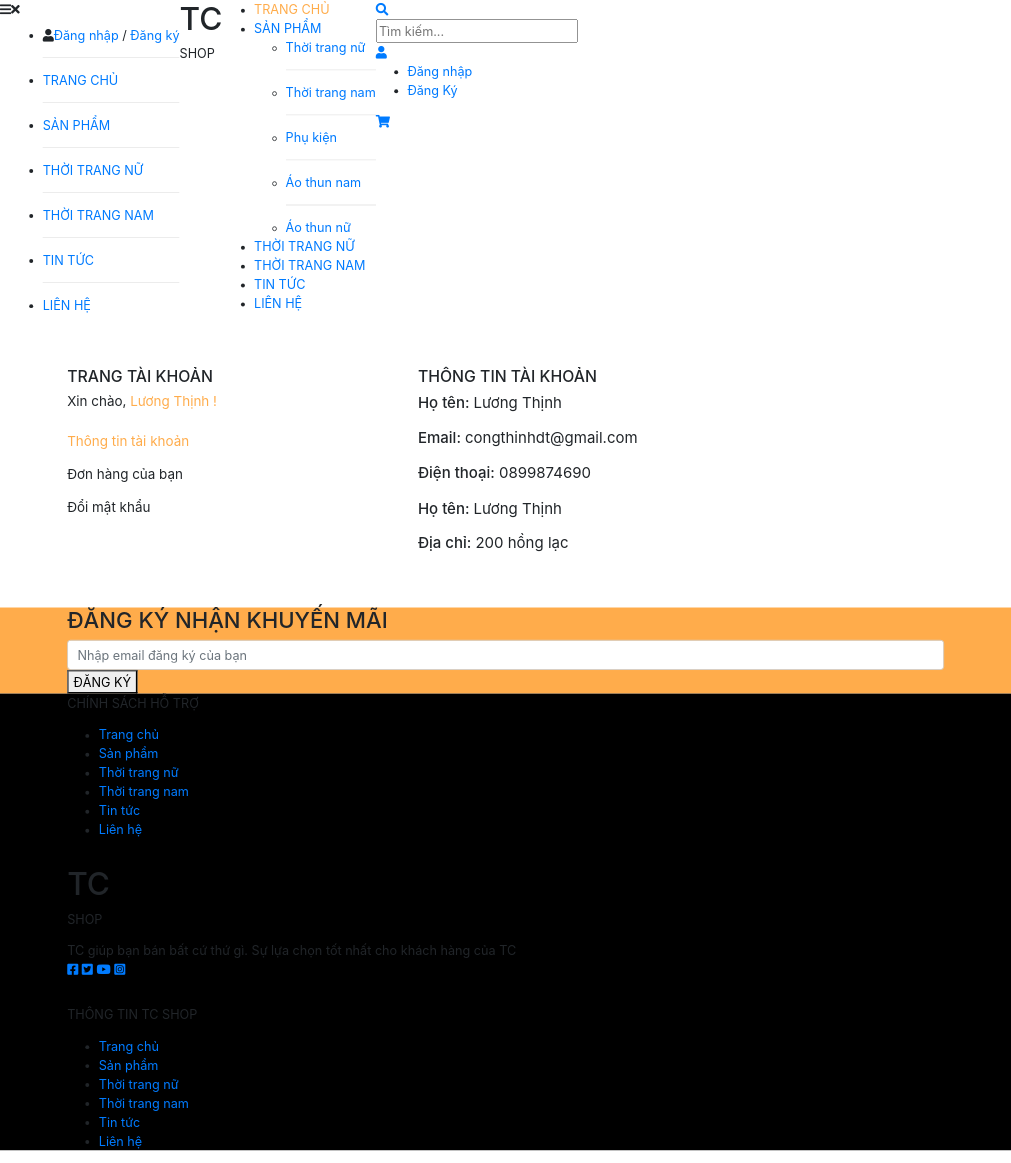
Repository: congthinh1701/TCshop
Page: ThongTinTaiKhoan.html
These files come from the project's save history. The page is drawn as it stood at one moment and after the next save; the edit follows.
The browser window is 1280 px wide. The pictures show the whole page, at 79% of full size.
The style sheet was rebuilt from its Sass, Less or Tailwind sources for each picture, by a compiler version that may differ from the author's.

Above is the page before, as saved 2021-09-08 17:21:29.

### ThongTinTaiKhoan.html
<!DOCTYPE html>
<html lang="en">
<head>
    <meta charset="UTF-8">
    <meta http-equiv="X-UA-Compatible" content="IE=edge">
    <meta name="viewport" content="width=device-width, initial-scale=1.0">
    <title>Document</title>
    <link rel="stylesheet" href="fontawesome-free-5.15.4-web/css/all.css">
    <link rel="stylesheet" href="sass/style.css">
</head>
<body>
    <div id="headerID"> <!-- your header --> </div>
    <div class="container admin">
        <div class="trang-tai-khoan">
            <h5>TRANG TÀI KHOẢN</h5>
            <div class="trang-tai-khoan-hello left ">
                <p>Xin chào, <span>Lương Thịnh !</span></p>
            </div>
            <div class="trang-tai-khoan-thong-tin left active">
                <p>Thông tin tài khoản</p>
            </div>
            <div class="trang-tai-khoan-hello left">
                <p>Đơn hàng của bạn</p>
            </div>
            <div class="trang-tai-khoan-hello left">
                <p>Đổi mật khẩu</p>
            </div>
        </div>
        <div class="thong-tin-tai-khoan">
            <h5>THÔNG TIN TÀI KHOẢN</h5>
            <div class="thong-tin-tai-khoan-name">
                <p><span>Họ tên: </span>Lương Thịnh</p>
                <p><span>Email: </span>congthinhdt@gmail.com</p>
                <p><span>Điện thoại: </span>0899874690</p>
                <p><span>Họ tên: </span>Lương Thịnh</p>
                <p><span>Địa chỉ: </span>200 hồng lạc</p>
            </div>
        </div>
    </div>
    <div id="footerID"> <!-- your header --> </div>
    <script src="https://cdnjs.cloudflare.com/ajax/libs/jquery/3.6.0/jquery.min.js" integrity="sha512-894YE6QWD5I59HgZOGReFYm4dnWc1Qt5NtvYSaNcOP+u1T9qYdvdihz0PPSiiqn/+/3e7Jo4EaG7TubfWGUrMQ==" crossorigin="anonymous" referrerpolicy="no-referrer"></script>
    <script>
        $("#headerID").load("header.html");
        $("#footerID").load("footer.html");
      </script>
</body>
</html>

### header.html
<!DOCTYPE html>
<html lang="en">
<head>
    <meta charset="UTF-8">
    <meta http-equiv="X-UA-Compatible" content="IE=edge">
    <meta name="viewport" content="width=device-width, initial-scale=1.0">
    <title>Document</title>
    <link rel="stylesheet" href="assets/css/style.css">
    <link rel="stylesheet" href="assets/css/base.css">
    <link rel="stylesheet" href="fontawesome-free-5.15.4-web/css/all.css">
    <link rel="stylesheet" href="https://maxcdn.bootstrapcdn.com/bootstrap/4.1.3/css/bootstrap.min.css">
    <script src="https://maxcdn.bootstrapcdn.com/bootstrap/4.1.3/js/bootstrap.min.js"></script>
</head>
<body>
    <div class="container-lg">
        <div class="nav">
            <label for="nav-mobile-input" class="nav_bars-btn">
                <i class="fas fa-bars"></i>
            </label>

            <input hidden type="checkbox" name="" class="nav_input" id="nav-mobile-input">
            <label for="nav-mobile-input" class="nav_overlay"></label>
            <nav class="nav-mobile">
                <label for="nav-mobile-input" class="nav__mobile-close">
                    <i class="fas fa-times"></i>
                </label>
                <ul class="nav__mobile-list">

                    <li class="nav__mobile-list-user">

                        <p><i class="fas fa-user"></i><a href="#">Đăng nhập</a> <span>/</span> <a href="#">Đăng ký</a>
                        </p>
                    </li>
                    <hr>
                    <li>
                        <a href="" class="nav__mobile-link">TRANG CHỦ</a>
                    </li>
                    <hr>
                    <li>
                        <a href="" class="nav__mobile-link">SẢN PHẨM</a>
                    </li>
                    <hr>
                    <li>
                        <a href="" class="nav__mobile-link">THỜI TRANG NỮ</a>
                    </li>
                    <hr>
                    <li>
                        <a href="" class="nav__mobile-link">THỜI TRANG NAM</a>
                    </li>
                    <hr>
                    <li>
                        <a href="" class="nav__mobile-link">TIN TỨC</a>
                    </li>
                    <hr>
                    <li>
                        <a href="" class="nav__mobile-link">LIÊN HỆ</a>
                    </li>
                </ul>
            </nav>
            <div class="nav-logo">
                <h1>TC</h1>
                <p>SHOP</p>
            </div>
            <nav class="nav-pc">
                <ul class="nav__list">
                    <li>
                        <a style="color:#ffac4b" href="home.html" class="nav__link">TRANG CHỦ</a>
                    </li>
                    <li class="options">
                        <a href="" class="nav__link">SẢN PHẨM</a>
                        <div class="nav__link-options">
                            <ul class="nav__link-options-list">
                                <li><a href="#">Thời trang nữ</a></li>
                                <hr>
                                <li><a href="#">Thời trang nam</a></li>
                                <hr>
                                <li><a href="#">Phụ kiện</a></li>
                                <hr>
                                <li><a href="#">Áo thun nam</a></li>
                                <hr>
                                <li><a href="#">Áo thun nữ</a></li>
                            </ul>
                        </div>
                    </li>
                    <li>
                        <a href="" class="nav__link">THỜI TRANG NỮ</a>
                    </li>
                    <li>
                        <a href="" class="nav__link">THỜI TRANG NAM</a>
                    </li>
                    <li>
                        <a href="" class="nav__link">TIN TỨC</a>
                    </li>
                    <li>
                        <a href="" class="nav__link">LIÊN HỆ</a>
                    </li>
                </ul>
            </nav>
            <div class="nav-right">
                <div class="search">
                    <a href="#"><i class="fas fa-search"></i></a>
                    <div class="search-hover">
                        <form>
                            <input class="search" type="text" name="search" placeholder="Tìm kiếm..." />
                        </form>
                    </div>
                </div>
                <div class="user">
                    <a href="#"> <i class="fas fa-user"></i></a>
                    <div class="user-hover">
                        <ul class="user-hover-list">
                            <li class="nav_link"><a href="#">Đăng nhập</a></li>
                            <li><a href="#">Đăng Ký</a></li>
                        </ul>
                    </div>
                </div>
                <div class="shopping">
                    <a href="card.html"><i class="fas fa-shopping-cart"></i></a>

                </div>
            </div>


        </div>
    </div>
</body>
</html>

### footer.html
<!DOCTYPE html>
<html lang="en">
<head>
    <meta charset="UTF-8">
    <meta http-equiv="X-UA-Compatible" content="IE=edge">
    <meta name="viewport" content="width=device-width, initial-scale=1.0">
    <title>Document</title>
    <link rel="stylesheet" href="assets/css/style.css">
    <link rel="stylesheet" href="assets/css/base.css">
    <link rel="stylesheet" href="fontawesome-free-5.15.4-web/css/all.css">
    <link rel="stylesheet" href="https://maxcdn.bootstrapcdn.com/bootstrap/4.1.3/css/bootstrap.min.css">
    <script src="https://maxcdn.bootstrapcdn.com/bootstrap/4.1.3/js/bootstrap.min.js"></script>
</head>
<body>
    <div class="container-lg" style="background-color: #ffac4b; margin-top: 50px;">
        <div class="container dangky">
            <div class="dangky-left">
                <h3>ĐĂNG KÝ NHẬN KHUYẾN MÃI</h3>
            </div>
            <div class="dangky-right">
                <form>
                    <input class="form-control" type="text" placeholder="Nhập email đăng ký của bạn">
                    <button type="button">ĐĂNG KÝ</button>
                </form>
            </div>
        </div>
    </div>

    <div class="container-lg" style="background-color: black">
        <div class="container footer">
            <div class="chinhsach-hotro">
                <p class="header">CHÍNH SÁCH HỖ TRỢ</p>
                <ul class="nav-list">
                    <li class="nav_link"><a href="#">Trang chủ</a></li>
                    <li class="nav_link"><a href="#">Sản phẩm</a></li>
                    <li class="nav_link"><a href="#">Thời trang nữ</a></li>
                    <li class="nav_link"><a href="#">Thời trang nam</a></li>
                    <li class="nav_link"><a href="#">Tin tức</a></li>
                    <li class="nav_link"><a href="#">Liên hệ</a></li>
                </ul>
            </div>
            <hr>
            <div class="ketnoi-shop">
                <h1>TC</h1>
                <p>SHOP</p>
                <span>TC giúp bạn bán bất cứ thứ gì. Sự lựa chọn tốt nhất cho khách hàng của TC</span>
                <div class="mangxahoi">
                    <a href="#"><i class="fab fa-facebook-square"></i></a>
                    <a href="#"><i class="fab fa-twitter-square"></i></a>
                    <a href="#"><i class="fab fa-youtube"></i></a>
                    <a href="#"><i class="fab fa-instagram-square"></i></a>
                </div>
            </div>
            <hr>
            <div class="thongtin-shop">
                <p class="header">THÔNG TIN TC SHOP</p>
                <ul class="nav-list">
                    <li class="nav_link"><a href="#">Trang chủ</a></li>
                    <li class="nav_link"><a href="#">Sản phẩm</a></li>
                    <li class="nav_link"><a href="#">Thời trang nữ</a></li>
                    <li class="nav_link"><a href="#">Thời trang nam</a></li>
                    <li class="nav_link"><a href="#">Tin tức</a></li>
                    <li class="nav_link"><a href="#">Liên hệ</a></li>
                </ul>
            </div>
        </div>
    </div>
</body>
</html>

### assets/css/base.css
:root{
    --primary-color:#EE4D2D;
    --primary-color-rgba:rgb(238,75,43);
    --white-color:#fff;
    --black-color:#000;
    --text-color:#333333;
    --font-weight:700;
    --font-size-product:19px;
    --font-weight-product:400;
    --font-size-price:18px;
    --header-height:120px;
    --navbar-height:34px;
    --header-with-search-height:calc(var(var(--header-height)-var(var(--navbar-height))))

}

### sass/style.scss

$text-fontSize:17px;
$text-fontSizeTK:19px;
$fontWeight:500;

.admin{
    display:flex;
    --columns:2;
    margin-top: 50px;
    @media (min-width: 923px) {
        --columns:1;
    }
}
.trang-tai-khoan{
    width: calc(100% / var(--columns) - 20%);
    p {
        font-size: $text-fontSize;
        span{
            color: #ffac4b;
        }
    }
    &-thong-tin{
        margin-top:25px
    }
    .active {
        color: #ffac4b;
    }
}
.thong-tin-tai-khoan{
    width: calc(100% / var(--columns) + 20%);
    p{
        font-size: $text-fontSizeTK;
        span{
            font-weight: $fontWeight;
        }
    }
}

Loaded but not shown: fontawesome-free-5.15.4-web/css/all.css (library)

After the next save:
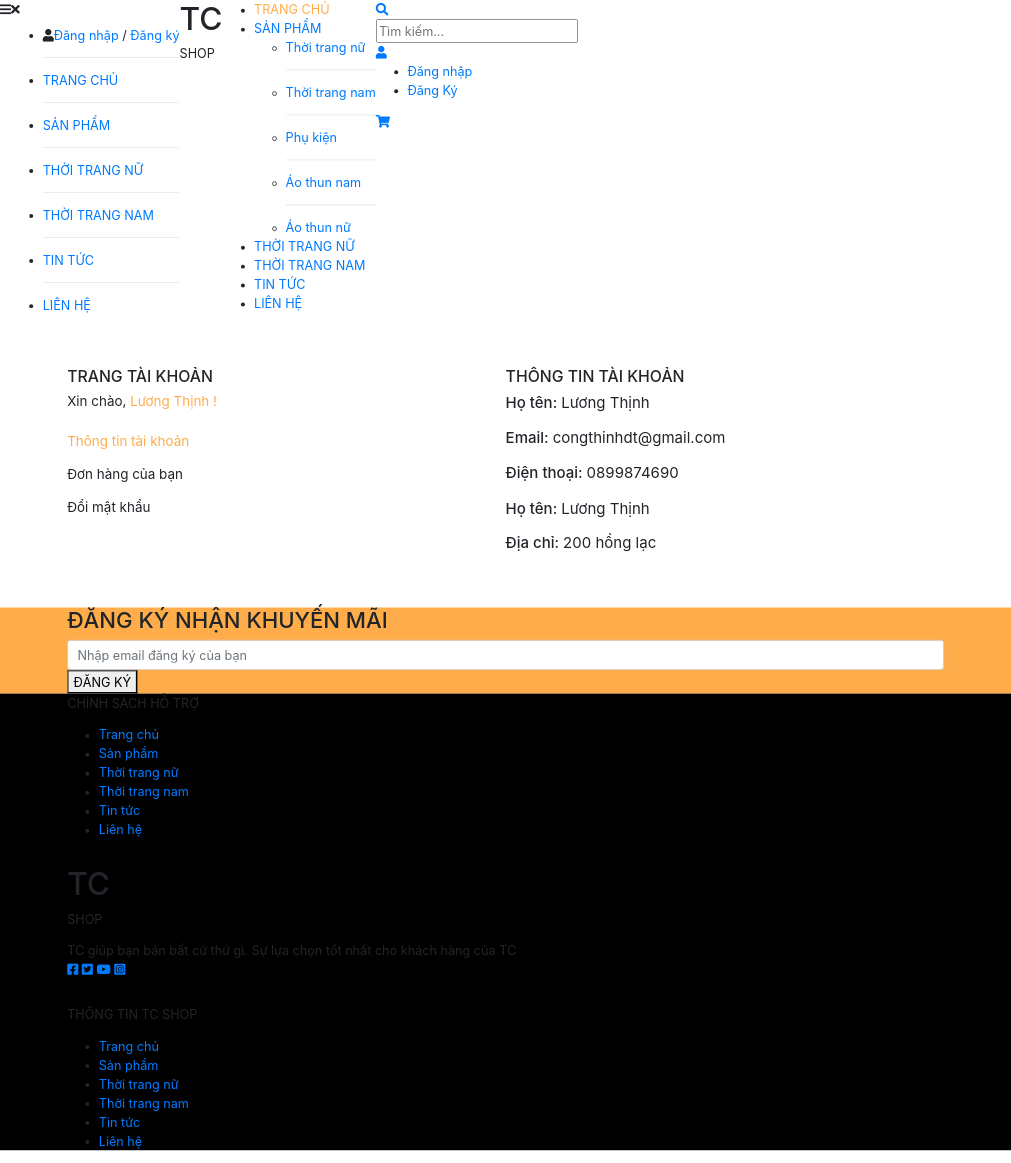
Saved 57 s later.
--- a/sass/style.scss
+++ b/sass/style.scss
@@ -9,6 +9,12 @@ $fontWeight:500;
     margin-top: 50px;
     @media (min-width: 923px) {
         --columns:1;
+        .trang-tai-khoan{
+            width: calc(100% / var(--columns));
+        }
+        .thong-tin-tai-khoan{
+            width: calc(100% / var(--columns));
+        }
     }
 }
 .trang-tai-khoan{
